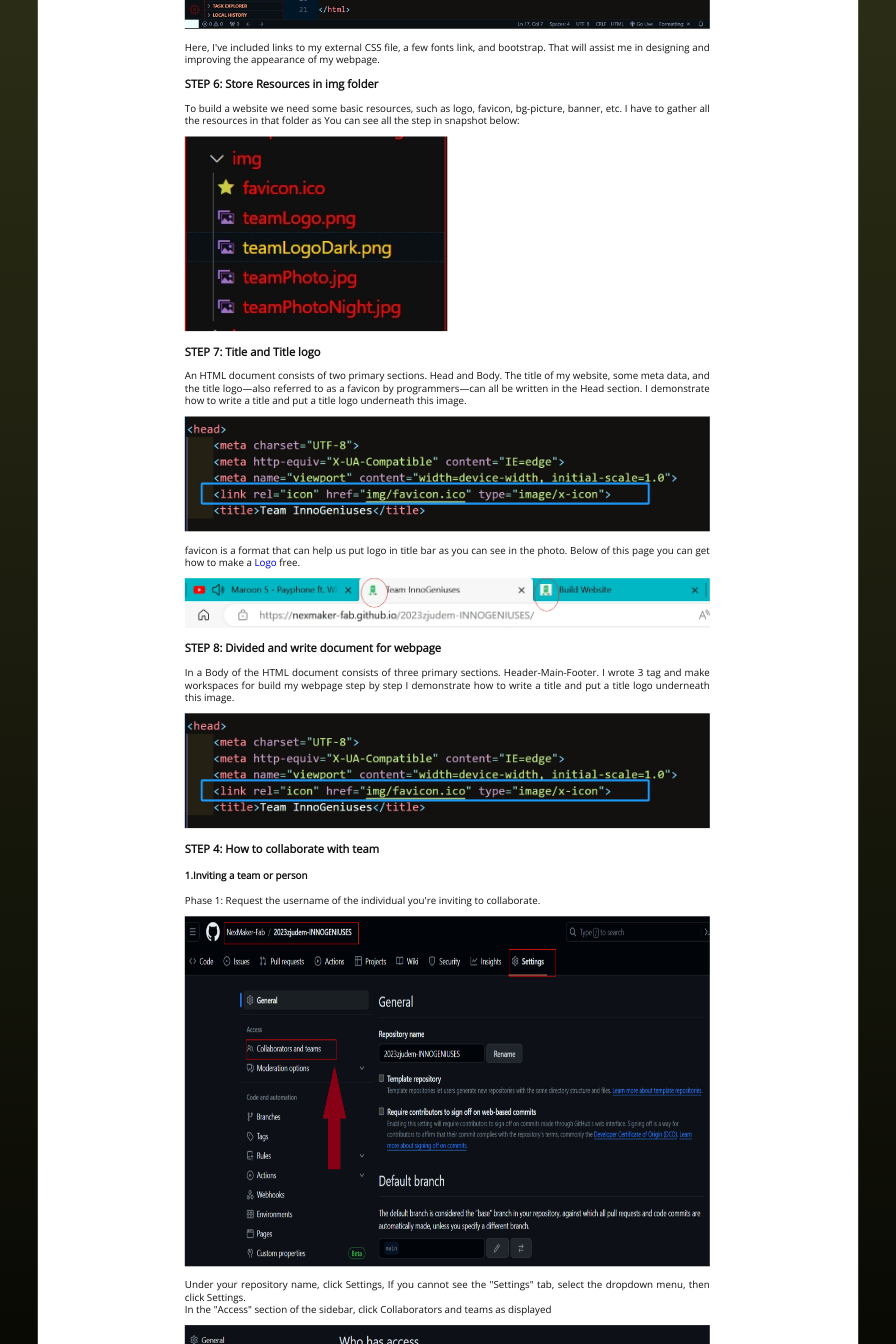
Repository: NexMaker-Fab/2023zjudem-INNOGENIUSES
Page: build web/page1.html
These files come from the project's save history. The page is drawn as it stood at one moment and after the next save; the edit follows.
The browser window is 1280 px wide. The pictures show the part of the page from y = 4580 to 6500 px (the page is 9362 px tall before and 9344 px after), at 70% of full size.

Above is the page before, as saved 2023-11-27 01:24:38.

After the next save:
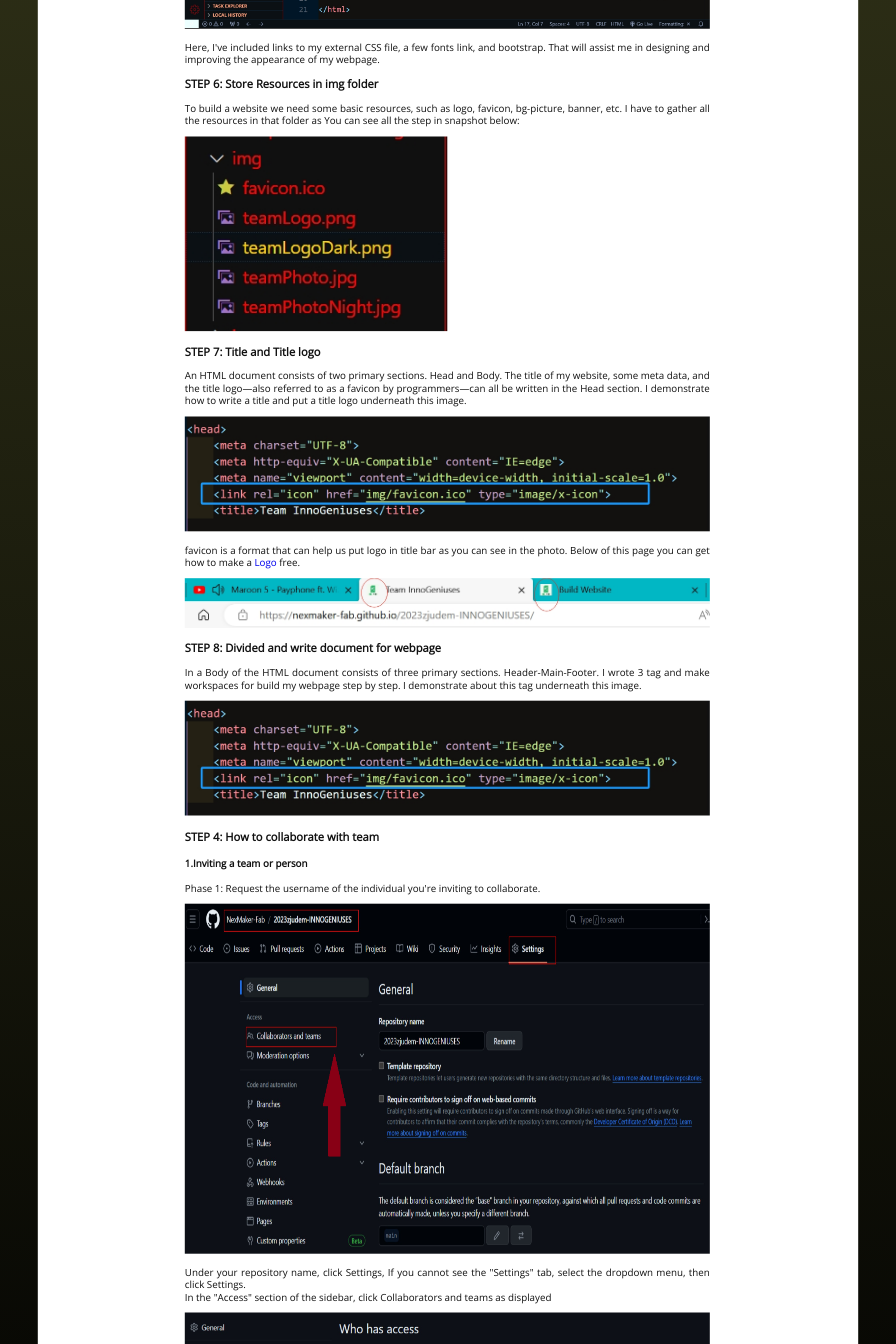
Saved 21 s later.
--- a/build web/page1.html
+++ b/build web/page1.html
@@ -129,8 +129,7 @@
                         </p>
                         <img src="img/title logo.png" alt="description photo" style="width:100%; height: 100%;">
                         <h3>STEP 8: Divided and write document for webpage</h3>
-                        <p>In a Body of the HTML document consists of three primary sections. Header-Main-Footer. I wrote 3 tag and make workspaces for build my webpage step by step I demonstrate how to write a title and put a title logo underneath this
-                            image.
+                        <p>In a Body of the HTML document consists of three primary sections. Header-Main-Footer. I wrote 3 tag and make workspaces for build my webpage step by step. I demonstrate about this tag underneath this image.
                         </p>
                         <img src="img/bw3.png" alt="description photo" style="width:100%; height: fit-content;">
 
